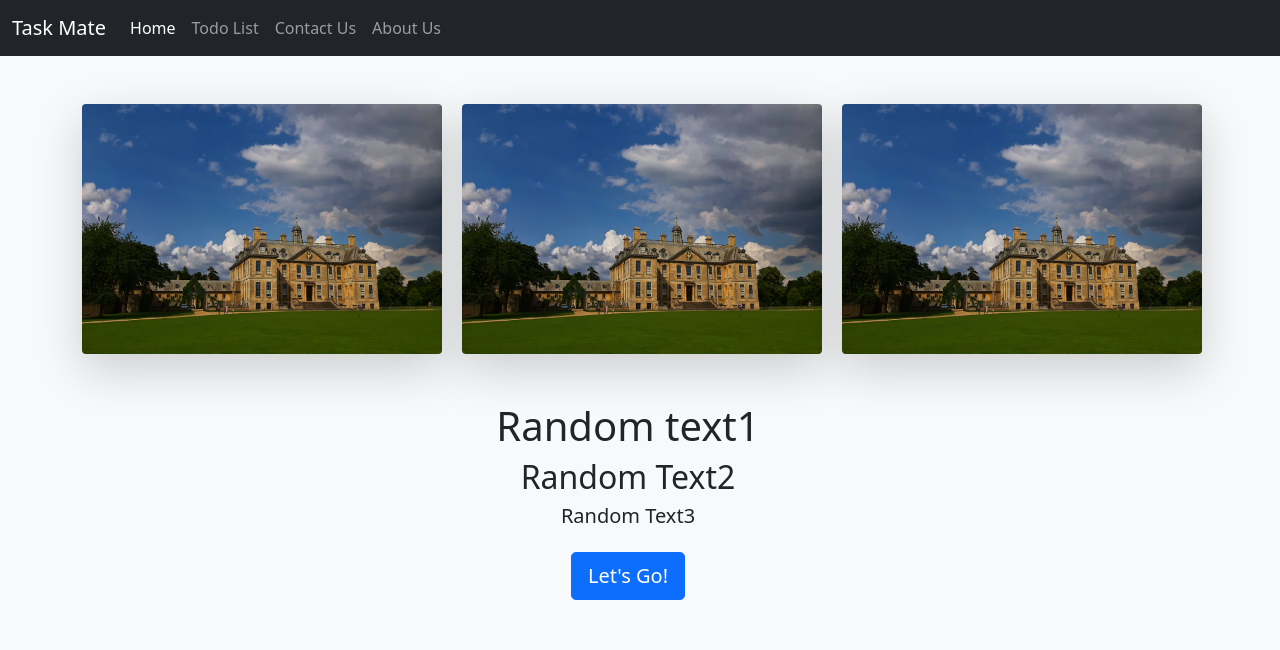
Repository: itathagata/Registration_System
Page: http://localhost/
These files come from the project's save history. The page is drawn as it stood at one moment and after the next save; the edit follows.
The browser window is 1280 px wide. The pictures show the whole page.
The page is served by the project's application, run on Django 2.2 (manage.py).

Above is the page before, as saved 2021-06-05 12:22:35.

After the next save:
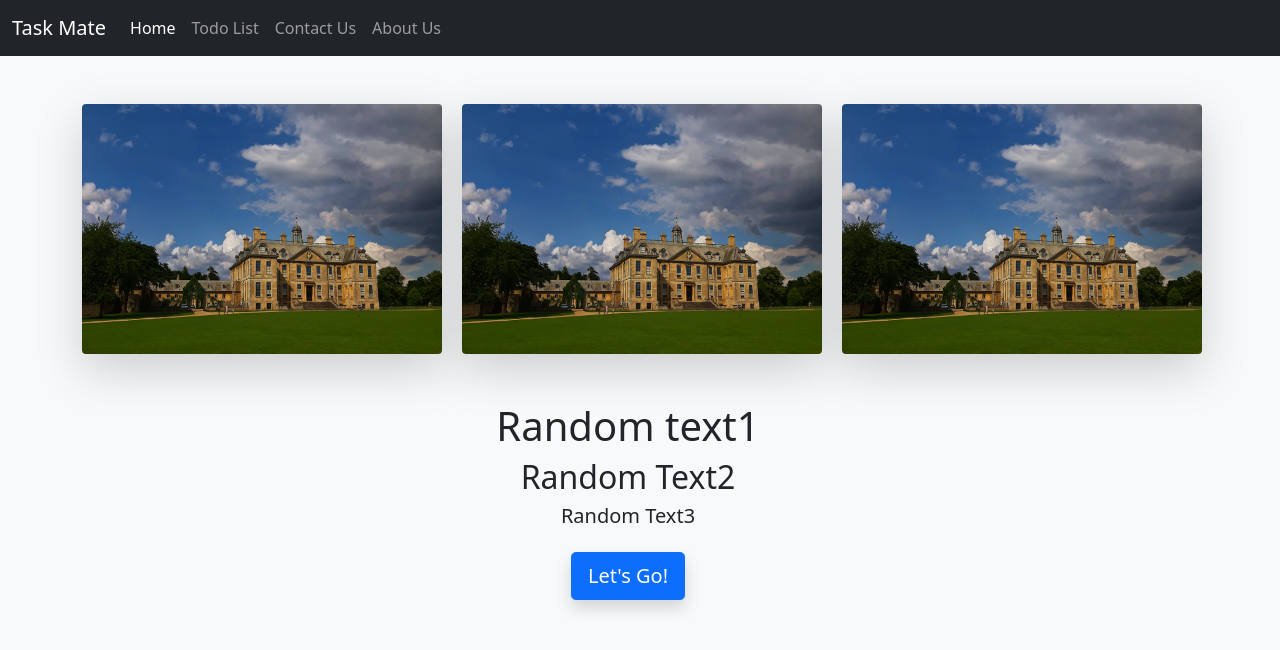
Saved 98 s later.
--- a/todolist_app/templates/index.html
+++ b/todolist_app/templates/index.html
@@ -21,7 +21,7 @@
                     <center><p class="h1">Random text1</p></center>
                     <center><p class="h2">Random Text2</p></center>
                     <center><p class="h5">Random Text3</p></center>
-                    <center><a href="{% url 'todolist'%}"><button type="button" class="btn btn-primary btn-lg mt-3">Let's Go!</button></a></center>
+                    <center><a href="{% url 'todolist'%}"><button type="button" class="btn btn-primary btn-lg mt-3 shadow">Let's Go!</button></a></center>
                 </div>
             </div>
 
